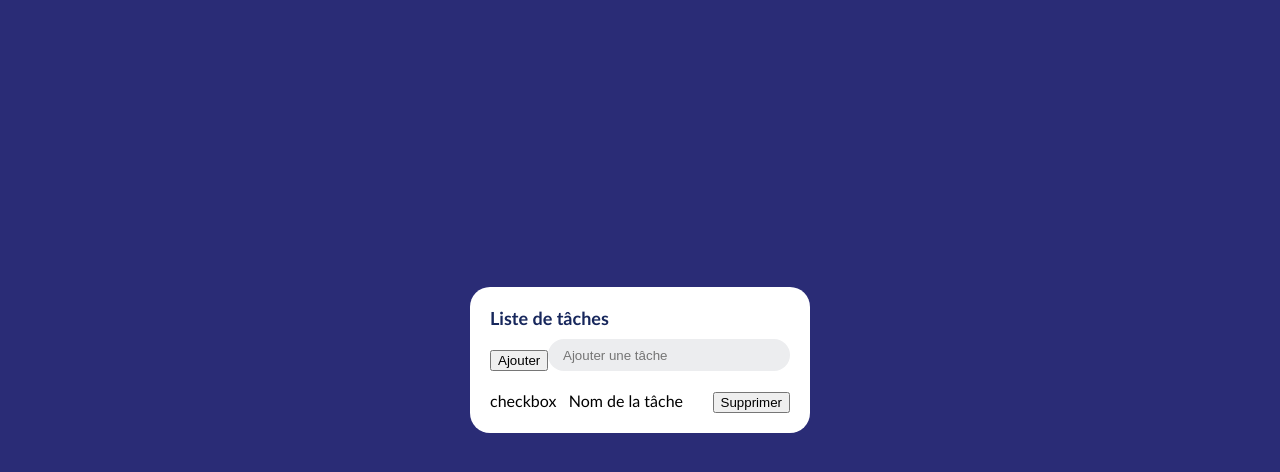
Repository: ndiemenguer/convertisseur
Page: / (app in todo-isep/)
An editor plug-in stored every save of this project. The page is shown before and after a run of saves, followed by the edit.
The browser window is 1280 px wide. The pictures show the whole page.
The project was rebuilt for these pictures with package versions that can differ from the ones it lists, and the page was loaded fresh each time. Also part of the build but not shown: todo-isep/vite.config.js, todo-isep/src/Application.jsx, todo-isep/src/index.css.

Above is the page before, as saved 2023-05-06 12:26:38.

### todo-isep/src/main.jsx
import React from 'react'
import ReactDOM from 'react-dom/client'
import App from './App.jsx'
import ApplicationDev from './Application.jsx'
import './index.css'


ReactDOM.createRoot(document.getElementById('root')).render(
  <React.StrictMode>
    <App />
  </React.StrictMode>,
)

### todo-isep/src/App.jsx
import "./App.css";

function App() {
  return (
    <>
      <main className="container">
        <div className="title">Liste de tâches</div>
        <div className="input-box">
          <input
            type="text"
            className="input"
            placeholder="Ajouter une tâche"
          />
          <button>Ajouter</button>
        </div>
        <div className="todo-list">
          <div className="todo-box">
            <div>checkbox &nbsp; Nom de la tâche</div>
            <div>
              <button>Supprimer</button>
            </div>
          </div>
        </div>
      </main>
    </>
  );
}

export default App;

### todo-isep/src/App.css
body {
  background: #2a2c76;
  display: flex;
  height: 100vh;
  width: 100vw;
  margin: 0;
  justify-content: center;
  align-items: center;
  font-family: calibri;
}

.container {
  background: white;
  width: 300px;
  min-height: 100px;
  border-radius: 20px;
  display: flex;
  flex-direction: column;
  gap: 20px;
  padding: 20px;
}

.container .title {
  font-size: 18px;
  font-weight: 600;
  color: #17275c;
}

.input-box {
  position: relative;
}

.todo-list {
  display: flex;
  flex-direction: column;
  gap: 10px;
}

.todo-box {
  display: flex;
  justify-content: space-between;
}

.input {
  width: 75%;
  height: 30px;
  border-radius: 20px;
  border: 0;
  outline: none;
  background-color: #ecedef;
  padding-left: 15px;
  position: absolute;
  right: 0;
  bottom: 0;
  z-index: 900;
}

Loaded but not shown: todo-isep/index.html (common file)

After the next 2 saves:
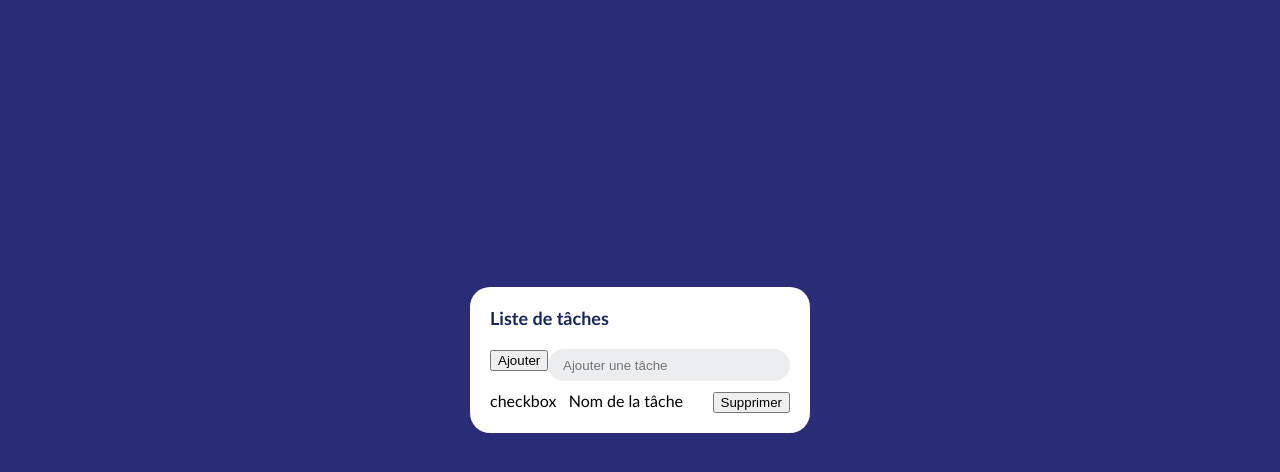
The 2 saves are shown as one change because they came seconds apart.
The last was saved 62 s later.
--- a/todo-isep/src/App.css
+++ b/todo-isep/src/App.css
@@ -51,6 +51,5 @@ body {
   padding-left: 15px;
   position: absolute;
   right: 0;
-  bottom: 0;
-  z-index: 900;
+  top: 0;
 }
